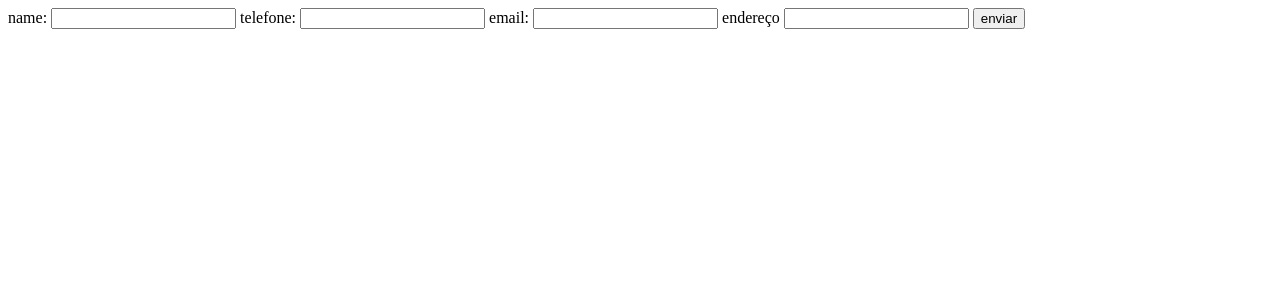
Repository: ygohamon/Java-Projeto-Ygohamon
Page: agenda-contato/WebContent/index.html
The author's editor kept a copy of each file at every save. The page is drawn from the files as they stood at one save, then again after the next save.
The browser window is 1280 px wide. The pictures show the whole page.

Above is the page before, as saved 2017-10-24 23:46:39.

After the next save:
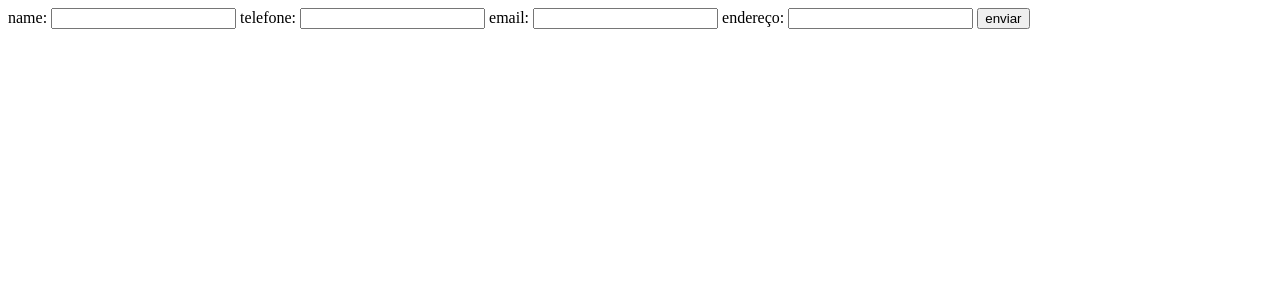
Saved 3 min 56 s later.
--- a/agenda-contato/WebContent/index.html
+++ b/agenda-contato/WebContent/index.html
@@ -9,7 +9,7 @@
 	name: <input type="text" name="nome" id="nome">
 	telefone: <input type="text" name="telefone" id="telefone">
 	email: <input type="text" name="email" id="email">
-	endereço <input type="text" name="endereco" id="endereco">
+	endereço: <input type="text" name="endereco" id="endereco">
 	<input type="submit" title="enviar" value="enviar">
 
 </form>
